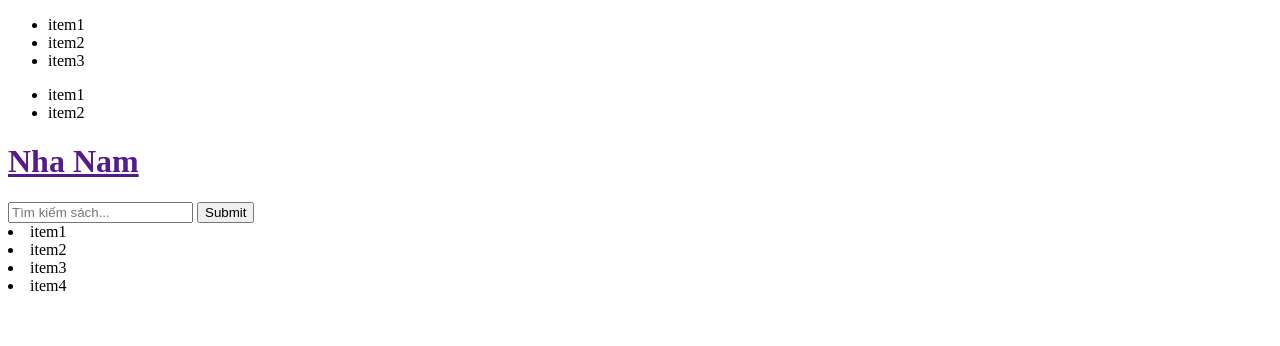
Repository: Kienroro2003/A0921I1_NgyenTranKien
Page: Module6/sprint2/index.html
These files come from the project's save history. The page is drawn as it stood at one moment and after the next save; the edit follows.
The browser window is 1280 px wide. The pictures show the whole page.

Above is the page before, as saved 2022-08-26 16:19:29.

### Module6/sprint2/index.html
<!DOCTYPE html>
<html lang="en">
<head>
    <meta charset="UTF-8">
    <meta http-equiv="X-UA-Compatible" content="IE=edge">
    <meta name="viewport" content="width=device-width, initial-scale=1.0">
    <title>Nhã Nam</title>
</head>
<body>
    <div class="page">
        <div class="header">
            <div class="topbar">
                <div class="wrapper">
                    <div class="clearfix">
                        <ul class="topnav">
                            <li>item1</li>
                            <li>item2</li>
                            <li>item3</li>
                        </ul>
                        <ul class="topprofile">
                            <li>item1</li>
                            <li>item2</li>
                        </ul>
                    </div>
                </div>
            </div>
            <div class="wrapper wrap">
                <h1 class="logo">
                    <a href="">Nha Nam</a>
                </h1>
                <div class="card"></div>
                <div class="search">
                    <form action="">
                        <input type="text" placeholder="Tìm kiếm sách..." class="text">
                        <input type="submit" class="submit">
                    </form>
                </div>
            </div>
            <div class="mainnav">
                <div class="wrapper">
                    <div class="menu">
                        <li>item1</li>
                        <li>item2</li>
                        <li>item3</li>
                        <li>item4</li>
                    </div>
                </div>
            </div>
        </div>
    </div>
</body>
</html>

After the next save:
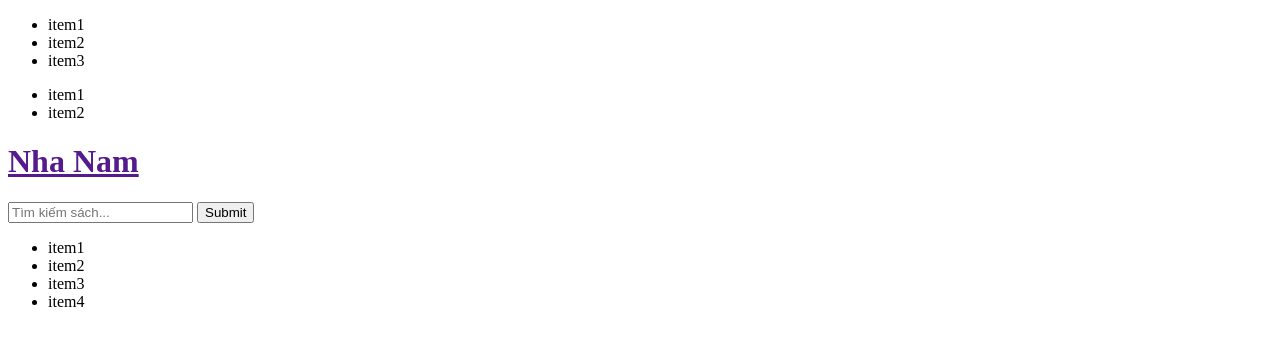
Saved 2 min 16 s later.
--- a/Module6/sprint2/index.html
+++ b/Module6/sprint2/index.html
@@ -38,12 +38,12 @@
             </div>
             <div class="mainnav">
                 <div class="wrapper">
-                    <div class="menu">
+                    <ul class="menu">
                         <li>item1</li>
                         <li>item2</li>
                         <li>item3</li>
                         <li>item4</li>
-                    </div>
+                    </ul>
                 </div>
             </div>
         </div>
